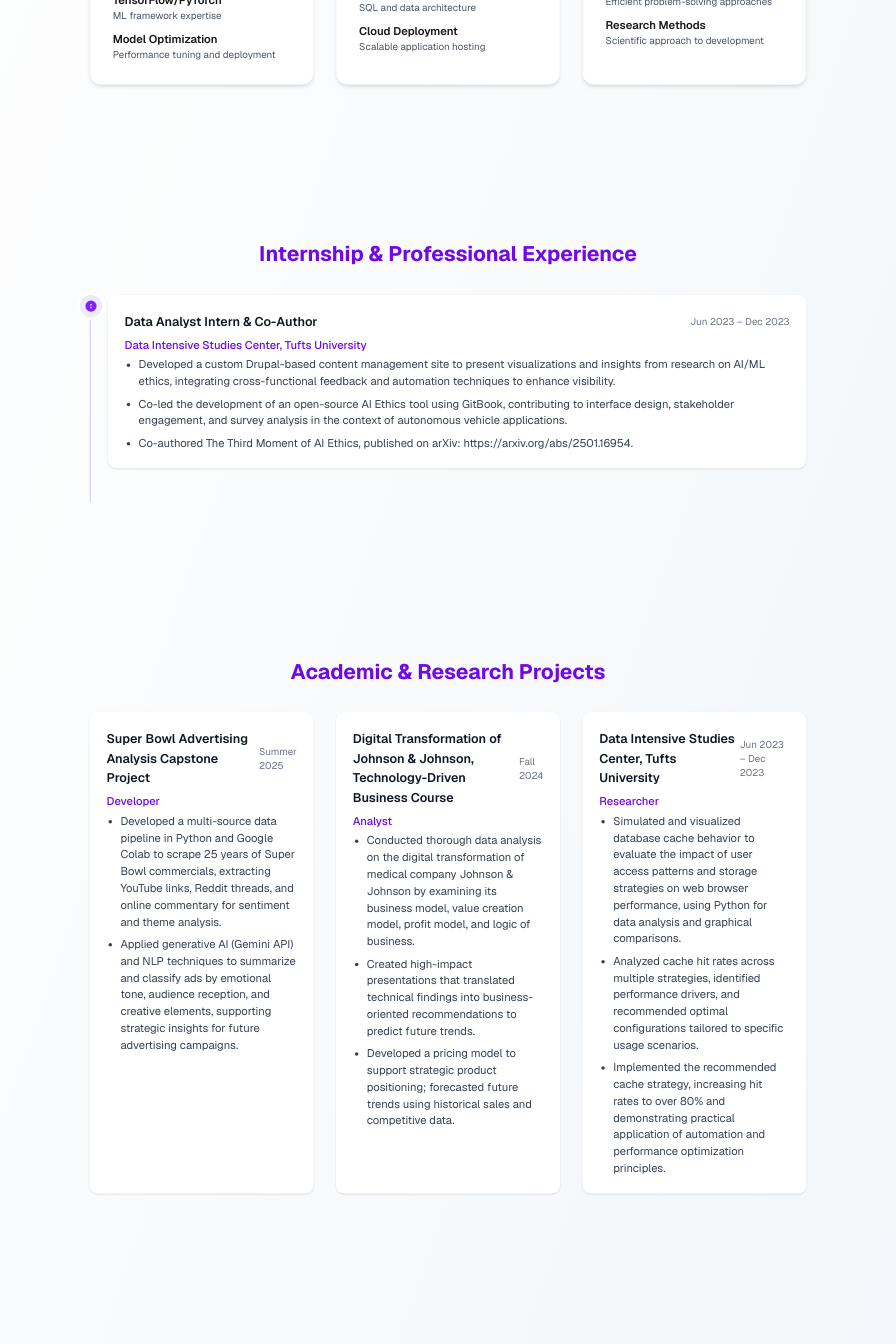
Repository: winniewyl/personal-portfolio
Page: /
The author's editor kept a copy of each file at every save. The page is drawn from the files as they stood at one save, then again after the next save.
The browser window is 1280 px wide. The pictures show the part of the page from y = 996 to 2916 px (the page is 3753 px tall), at 70% of full size.
The project was rebuilt for these pictures with package versions that can differ from the ones it lists, and the page was loaded fresh each time. The framework's server and built-in components were replaced by stand-ins that run in the browser. Also part of the build but not shown: next.config.ts.

Above is the page before, as saved 2025-07-22 12:16:56.

### src/app/page.tsx
import Hero from '../components/Hero';
import About from '../components/About';
import Projects from '../components/Projects';
import Contact from '../components/Contact';

const experienceData = [
  {
    org: 'Data Intensive Studies Center, Tufts University',
    title: 'Data Analyst Intern & Co-Author',
    date: 'Jun 2023 – Dec 2023',
    highlights: [
      'Developed a custom Drupal-based content management site to present visualizations and insights from research on AI/ML ethics, integrating cross-functional feedback and automation techniques to enhance visibility.',
      'Co-led the development of an open-source AI Ethics tool using GitBook, contributing to interface design, stakeholder engagement, and survey analysis in the context of autonomous vehicle applications.',
      'Co-authored The Third Moment of AI Ethics, published on arXiv: https://arxiv.org/abs/2501.16954.',
    ],
  },
];

const projectData = [
  {
    title: 'Super Bowl Advertising Analysis Capstone Project',
    role: 'Developer',
    date: 'Summer 2025',
    highlights: [
      'Developed a multi-source data pipeline in Python and Google Colab to scrape 25 years of Super Bowl commercials, extracting YouTube links, Reddit threads, and online commentary for sentiment and theme analysis.',
      'Applied generative AI (Gemini API) and NLP techniques to summarize and classify ads by emotional tone, audience reception, and creative elements, supporting strategic insights for future advertising campaigns.',
    ],
  },
  {
    title:
      'Digital Transformation of Johnson & Johnson, Technology-Driven Business Course',
    role: 'Analyst',
    date: 'Fall 2024',
    highlights: [
      'Conducted thorough data analysis on the digital transformation of medical company Johnson & Johnson by examining its business model, value creation model, profit model, and logic of business.',
      'Created high-impact presentations that translated technical findings into business-oriented recommendations to predict future trends.',
      'Developed a pricing model to support strategic product positioning; forecasted future trends using historical sales and competitive data.',
    ],
  },
  {
    title: 'Data Intensive Studies Center, Tufts University',
    role: 'Researcher',
    date: 'Jun 2023 – Dec 2023',
    highlights: [
      'Simulated and visualized database cache behavior to evaluate the impact of user access patterns and storage strategies on web browser performance, using Python for data analysis and graphical comparisons.',
      'Analyzed cache hit rates across multiple strategies, identified performance drivers, and recommended optimal configurations tailored to specific usage scenarios.',
      'Implemented the recommended cache strategy, increasing hit rates to over 80% and demonstrating practical application of automation and performance optimization principles.',
    ],
  },
];

export default function Home() {
  return (
    <div className="font-sans min-h-screen flex flex-col bg-gradient-to-br from-white via-slate-50 to-slate-100 dark:from-[#18181c] dark:via-[#1a1a22] dark:to-[#101014]">
      {/* Navbar */}
      <nav className="w-full flex items-center justify-between py-6 px-8 border-b border-gray-100 dark:border-gray-800 bg-white/80 dark:bg-[#101010]/80 backdrop-blur z-10 sticky top-0">
        <div className="text-2xl font-extrabold text-violet-600 tracking-tight">
          WW
        </div>
        <ul className="flex gap-8 text-base font-medium text-gray-900 dark:text-white">
          <li>
            <a
              href="#about"
              className="hover:text-violet-600 transition-colors"
            >
              About
            </a>
          </li>
          <li>
            <a
              href="#experience"
              className="hover:text-violet-600 transition-colors"
            >
              Experience
            </a>
          </li>
          <li>
            <a
              href="#projects"
              className="hover:text-violet-600 transition-colors"
            >
              Projects
            </a>
          </li>
          <li>
            <a
              href="#education"
              className="hover:text-violet-600 transition-colors"
            >
              Education
            </a>
          </li>
          <li>
            <a
              href="#contact"
              className="hover:text-violet-600 transition-colors"
            >
              Contact
            </a>
          </li>
        </ul>
      </nav>
      {/* Main Content */}
      <main className="flex-1 w-full flex flex-col items-center px-4 sm:px-0">
        <section className="w-full flex flex-col items-center justify-center py-20 sm:py-28 bg-transparent">
          <Hero name="Winnie Wang" role="AI Product Analyst" />
        </section>
        <section
          id="about"
          className="w-full flex flex-col items-center py-20 sm:py-28 max-w-5xl mx-auto scroll-mt-24"
        >
          <About />
        </section>
        {/* Experience Section */}
        <section
          id="experience"
          className="w-full flex flex-col items-center py-20 sm:py-28 max-w-5xl mx-auto scroll-mt-24"
        >
          <h2 className="text-3xl font-bold mb-10 text-violet-700 dark:text-violet-400">
            Internship & Professional Experience
          </h2>
          <ol className="relative border-l-2 border-violet-200 dark:border-violet-700">
            {experienceData.map((exp, idx) => (
              <li key={exp.title} className="mb-12 ml-6">
                <span className="absolute flex items-center justify-center w-8 h-8 bg-violet-100 rounded-full -left-4 ring-4 ring-white dark:ring-[#18181c]">
                  <svg
                    className="w-5 h-5 text-violet-600"
                    fill="currentColor"
                    viewBox="0 0 20 20"
                  >
                    <path d="M10 2a8 8 0 100 16 8 8 0 000-16zm1 11H9v-2h2v2zm0-4H9V7h2v2z" />
                  </svg>
                </span>
                <div className="bg-white dark:bg-[#232336] rounded-xl shadow p-6">
                  <div className="flex flex-col sm:flex-row sm:items-center sm:justify-between mb-2">
                    <span className="font-semibold text-lg text-gray-900 dark:text-white">
                      {exp.title}
                    </span>
                    <span className="text-sm text-gray-500 dark:text-gray-400">
                      {exp.date}
                    </span>
                  </div>
                  <div className="text-md font-medium text-violet-700 dark:text-violet-300 mb-1">
                    {exp.org}
                  </div>
                  <ul className="list-disc pl-5 space-y-2 text-gray-700 dark:text-gray-300">
                    {exp.highlights.map((h, i) => (
                      <li key={i}>{h}</li>
                    ))}
                  </ul>
                </div>
              </li>
            ))}
          </ol>
        </section>
        {/* Projects Section */}
        <section
          id="projects"
          className="w-full flex flex-col items-center py-20 sm:py-28 max-w-5xl mx-auto scroll-mt-24"
        >
          <h2 className="text-3xl font-bold mb-10 text-violet-700 dark:text-violet-400">
            Academic & Research Projects
          </h2>
          <div className="grid grid-cols-1 md:grid-cols-3 gap-8 w-full">
            {projectData.map((proj, idx) => (
              <div
                key={proj.title}
                className="bg-white dark:bg-[#232336] rounded-xl shadow p-6 flex flex-col"
              >
                <div className="flex flex-col sm:flex-row sm:items-center sm:justify-between mb-2">
                  <span className="font-semibold text-lg text-gray-900 dark:text-white">
                    {proj.title}
                  </span>
                  <span className="text-sm text-gray-500 dark:text-gray-400">
                    {proj.date}
                  </span>
                </div>
                <div className="text-md font-medium text-violet-700 dark:text-violet-300 mb-1">
                  {proj.role}
                </div>
                <ul className="list-disc pl-5 space-y-2 text-gray-700 dark:text-gray-300">
                  {proj.highlights.map((h, i) => (
                    <li key={i}>{h}</li>
                  ))}
                </ul>
              </div>
            ))}
          </div>
        </section>
        <section
          id="education"
          className="w-full flex flex-col items-center py-20 sm:py-28 max-w-5xl mx-auto scroll-mt-24"
        >
          <h2 className="text-3xl font-bold mb-10 text-violet-700 dark:text-violet-400">
            Education
          </h2>
          <div className="relative w-full flex flex-col md:flex-row items-center justify-center">
            {/* Timeline SVG Connector */}
            <svg
              className="hidden md:block absolute left-0 right-0 top-1/2 -translate-y-1/2 z-0"
              height="120"
              width="100%"
              viewBox="0 0 1000 120"
              fill="none"
              preserveAspectRatio="none"
            >
              <path
                d="M 80 60 Q 180 10, 280 60 T 480 60 T 680 60 T 880 60"
                stroke="#a78bfa"
                strokeWidth="4"
                fill="none"
              />
              <circle cx="80" cy="60" r="8" fill="#a78bfa" />
              <circle cx="280" cy="60" r="8" fill="#a78bfa" />
              <circle cx="480" cy="60" r="8" fill="#a78bfa" />
              <circle cx="680" cy="60" r="8" fill="#a78bfa" />
            </svg>
            {/* Education Cards */}
            <div className="flex flex-col md:flex-row items-center justify-center w-full gap-8 z-10">
              {/* Middle School */}
              <div className="flex flex-col items-center flex-1 w-64 h-64 bg-white dark:bg-[#232336] rounded-xl shadow p-6 border border-violet-100 dark:border-violet-700 text-center justify-center">
                <div className="w-20 h-20 mb-4 flex items-center justify-center rounded-full bg-white/30 backdrop-blur-md shadow-inner">
                  <img
                    src="/yu-hua-logo.png"
                    alt="江西育华学校 logo"
                    className="w-16 h-16 object-contain filter grayscale"
                    style={{ mixBlendMode: 'multiply' }}
                  />
                </div>
                <span className="font-bold text-lg text-violet-700 mt-2">
                  江西育华学校
                </span>
                <span className="text-sm text-gray-700 dark:text-gray-300 mt-1">
                  2014–2017
                </span>
              </div>
              {/* High School */}
              <div className="flex flex-col items-center flex-1 w-64 h-64 bg-white dark:bg-[#232336] rounded-xl shadow p-6 border border-violet-100 dark:border-violet-700 text-center justify-center">
                <span className="flex items-center justify-center w-10 h-10 bg-violet-100 rounded-full mb-2">
                  <svg
                    className="w-6 h-6 text-violet-600"
                    fill="currentColor"
                    viewBox="0 0 20 20"
                  >
                    <path d="M10 2a8 8 0 100 16 8 8 0 000-16zm1 11H9v-2h2v2zm0-4H9V7h2v2z" />
                  </svg>
                </span>
                <span className="font-bold text-lg text-violet-700">
                  江西师大附中国际部
                </span>
                <span className="text-sm text-gray-700 dark:text-gray-300">
                  High School Diploma
                </span>
                <span className="text-sm text-gray-700 dark:text-gray-300">
                  2017–2020
                </span>
              </div>
              {/* Tufts University */}
              <div className="flex flex-col items-center flex-1 w-64 h-64 bg-white dark:bg-[#232336] rounded-xl shadow p-6 border border-violet-100 dark:border-violet-700 text-center justify-center">
                <span className="flex items-center justify-center w-10 h-10 bg-violet-100 rounded-full mb-2">
                  <svg
                    className="w-6 h-6 text-violet-600"
                    fill="currentColor"
                    viewBox="0 0 20 20"
                  >
                    <path d="M10 2a8 8 0 100 16 8 8 0 000-16zm1 11H9v-2h2v2zm0-4H9V7h2v2z" />
                  </svg>
                </span>
                <span className="font-bold text-lg text-violet-700">
                  Tufts University
                </span>
                <span className="text-sm text-gray-500 dark:text-gray-400">
                  May 2024
                </span>
                <span className="text-gray-900 dark:text-white">
                  B.S. in Applied Mathematics & Computer Science
                </span>
                <span className="text-sm text-gray-700 dark:text-gray-300">
                  GPA: 3.83 / 4.00
                </span>
                <span className="text-xs text-emerald-600 mt-1">
                  Summa Cum Laude, Dean’s List (all quarters)
                </span>
              </div>
              {/* Purdue University */}
              <div className="flex flex-col items-center flex-1 w-64 h-64 bg-white dark:bg-[#232336] rounded-xl shadow p-6 border border-violet-100 dark:border-violet-700 text-center justify-center">
                <span className="flex items-center justify-center w-10 h-10 bg-violet-100 rounded-full mb-2">
                  <svg
                    className="w-6 h-6 text-violet-600"
                    fill="currentColor"
                    viewBox="0 0 20 20"
                  >
                    <path d="M10 2a8 8 0 100 16 8 8 0 000-16zm1 11H9v-2h2v2zm0-4H9V7h2v2z" />
                  </svg>
                </span>
                <span className="font-bold text-lg text-violet-700">
                  Purdue University
                </span>
                <span className="text-sm text-gray-500 dark:text-gray-400">
                  Expected Jun 2026
                </span>
                <span className="text-gray-900 dark:text-white">
                  Master of Business and Technology
                </span>
                <span className="text-sm text-gray-700 dark:text-gray-300">
                  GPA: 3.75 / 4.00
                </span>
              </div>
            </div>
          </div>
        </section>
        <section
          id="contact"
          className="w-full flex flex-col items-center py-20 sm:py-28 max-w-5xl mx-auto scroll-mt-24"
        >
          <Contact />
        </section>
      </main>
    </div>
  );
}

### src/components/Hero.tsx
import React from 'react';

interface HeroProps {
  name: string;
  role: string;
}

const Hero: React.FC<HeroProps> = ({ name, role }) => (
  <section className="flex flex-col items-center justify-center gap-4 py-8 w-full">
    <h1 className="text-4xl sm:text-5xl font-bold text-center">{name}</h1>
    <h2 className="text-xl sm:text-2xl font-medium text-center text-gray-600 dark:text-gray-300">
      {role}
    </h2>
  </section>
);

export default Hero;

### src/components/About.tsx
import React from 'react';

const aboutData = [
  {
    icon: (
      <span className="bg-blue-100 text-blue-600 rounded-xl p-2 mr-2">
        {/* AI Icon */}
        <svg width="32" height="32" fill="none" viewBox="0 0 24 24">
          <path
            fill="currentColor"
            d="M12 2a10 10 0 100 20 10 10 0 000-20zm1 17.93V20a1 1 0 11-2 0v-.07A8.001 8.001 0 014.07 13H4a1 1 0 110-2h.07A8.001 8.001 0 0111 4.07V4a1 1 0 112 0v.07A8.001 8.001 0 0119.93 11H20a1 1 0 110 2h-.07A8.001 8.001 0 0113 19.93z"
          ></path>
        </svg>
      </span>
    ),
    title: 'AI & Machine Learning',
    skills: [
      {
        name: 'Neural Networks',
        desc: 'Deep learning architectures and training',
      },
      {
        name: 'Computer Vision',
        desc: 'Image processing and object detection',
      },
      { name: 'TensorFlow/PyTorch', desc: 'ML framework expertise' },
      { name: 'Model Optimization', desc: 'Performance tuning and deployment' },
    ],
    color: 'blue',
  },
  {
    icon: (
      <span className="bg-fuchsia-100 text-fuchsia-600 rounded-xl p-2 mr-2">
        {/* Full-Stack Icon */}
        <svg width="32" height="32" fill="none" viewBox="0 0 24 24">
          <path
            fill="currentColor"
            d="M12 2a10 10 0 100 20 10 10 0 000-20zm-1 17.93V20a1 1 0 102 0v-.07A8.001 8.001 0 0020 13h.07a1 1 0 100-2H20a8.001 8.001 0 00-7-7.93V4a1 1 0 10-2 0v.07A8.001 8.001 0 004 11H3.93a1 1 0 100 2H4a8.001 8.001 0 007 7.93z"
          ></path>
        </svg>
      </span>
    ),
    title: 'Full-Stack Development',
    skills: [
      { name: 'React.js/Next.js', desc: 'Modern frontend frameworks' },
      { name: 'Python/Flask', desc: 'Backend development and APIs' },
      { name: 'Database Design', desc: 'SQL and data architecture' },
      { name: 'Cloud Deployment', desc: 'Scalable application hosting' },
    ],
    color: 'fuchsia',
  },
  {
    icon: (
      <span className="bg-green-100 text-green-600 rounded-xl p-2 mr-2">
        {/* Data Science Icon */}
        <svg width="32" height="32" fill="none" viewBox="0 0 24 24">
          <circle cx="12" cy="12" r="10" fill="currentColor" opacity=".2" />
          <circle cx="12" cy="12" r="6" fill="currentColor" />
        </svg>
      </span>
    ),
    title: 'Data Science',
    skills: [
      { name: 'Data Analysis', desc: 'Statistical analysis and insights' },
      { name: 'Visualization', desc: 'Interactive charts and dashboards' },
      {
        name: 'Algorithm Design',
        desc: 'Efficient problem-solving approaches',
      },
      { name: 'Research Methods', desc: 'Scientific approach to development' },
    ],
    color: 'green',
  },
];

const About: React.FC = () => (
  <section className="w-full flex flex-col items-center">
    <h2 className="text-4xl font-extrabold text-center mb-4 mt-4 text-gray-900 dark:text-white">
      <span className="inline-block align-middle mr-2 text-blue-500">•</span>
      About Me
    </h2>
    <p className="text-lg text-center text-gray-700 dark:text-gray-300 max-w-2xl mb-12">
      Passionate about the intersection of artificial intelligence and product
      strategy. I build intelligent solutions that drive business value and user
      engagement.
    </p>
    <div className="w-full max-w-6xl flex flex-col md:flex-row gap-8 justify-center items-stretch">
      {aboutData.map((card, idx) => (
        <div
          key={card.title}
          className="flex-1 bg-white dark:bg-[#18181c] rounded-2xl shadow-md p-8 flex flex-col mb-4 md:mb-0 border border-gray-100 dark:border-gray-800 min-w-[260px] max-w-sm mx-auto"
        >
          <div className="flex items-center mb-4">
            {card.icon}
            <span className={`text-lg font-bold text-gray-900 dark:text-white`}>
              {card.title}
            </span>
          </div>
          <ul className="space-y-3">
            {card.skills.map((skill) => (
              <li key={skill.name} className="flex flex-col">
                <span
                  className={`font-semibold text-${card.color}-700 dark:text-${card.color}-400`}
                >
                  {skill.name}
                </span>
                <span className="text-gray-600 dark:text-gray-400 text-sm">
                  {skill.desc}
                </span>
              </li>
            ))}
          </ul>
        </div>
      ))}
    </div>
  </section>
);

export default About;

### src/components/Contact.tsx
import React from 'react';

const Contact: React.FC = () => (
  <section className="py-8 w-full flex flex-col items-center">
    <h2 className="text-2xl font-bold mb-4">Contact</h2>
    <p className="max-w-xl text-center text-gray-700 dark:text-gray-300">
      This is a placeholder for the Contact section. Add your contact form or
      details here.
    </p>
  </section>
);

export default Contact;

Loaded but not shown: src/app/layout.tsx (common file); src/app/globals.css (common file)

After the next save:
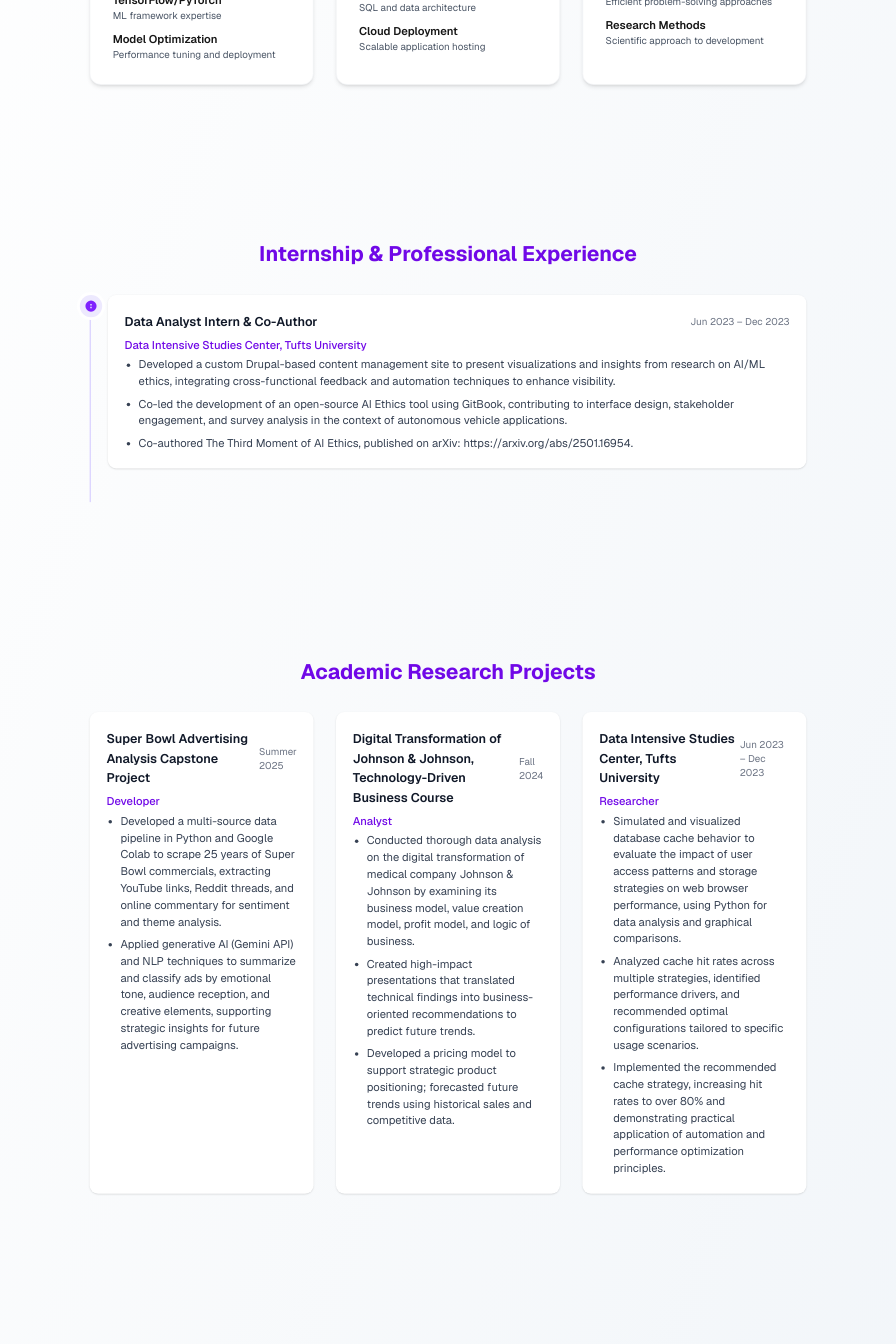
Saved 20 h 54 min later.
--- a/src/app/page.tsx
+++ b/src/app/page.tsx
@@ -159,7 +159,7 @@ export default function Home() {
           className="w-full flex flex-col items-center py-20 sm:py-28 max-w-5xl mx-auto scroll-mt-24"
         >
           <h2 className="text-3xl font-bold mb-10 text-violet-700 dark:text-violet-400">
-            Academic & Research Projects
+            Academic Research Projects
           </h2>
           <div className="grid grid-cols-1 md:grid-cols-3 gap-8 w-full">
             {projectData.map((proj, idx) => (
